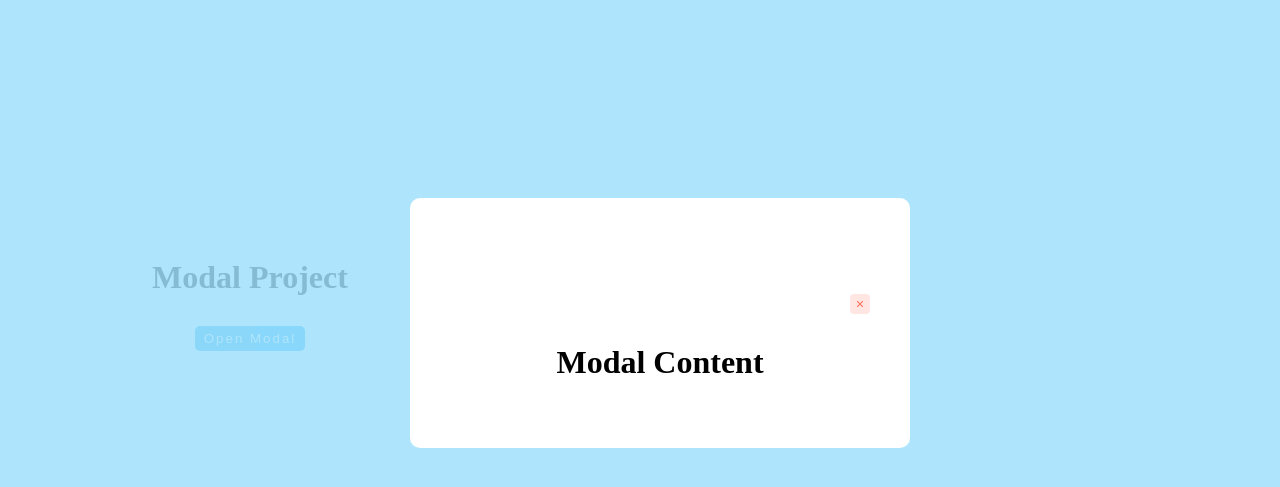
Repository: Trapti10/20-js-practice-projects-in-7-days-challenge
Page: Project_4_Modal_Project/index.html
An editor plug-in stored every save of this project. The page is shown before and after a run of saves, followed by the edit.
The browser window is 1280 px wide. The pictures show the whole page.

Above is the page before, as saved 2025-11-24 13:54:39.

After the next 3 saves:
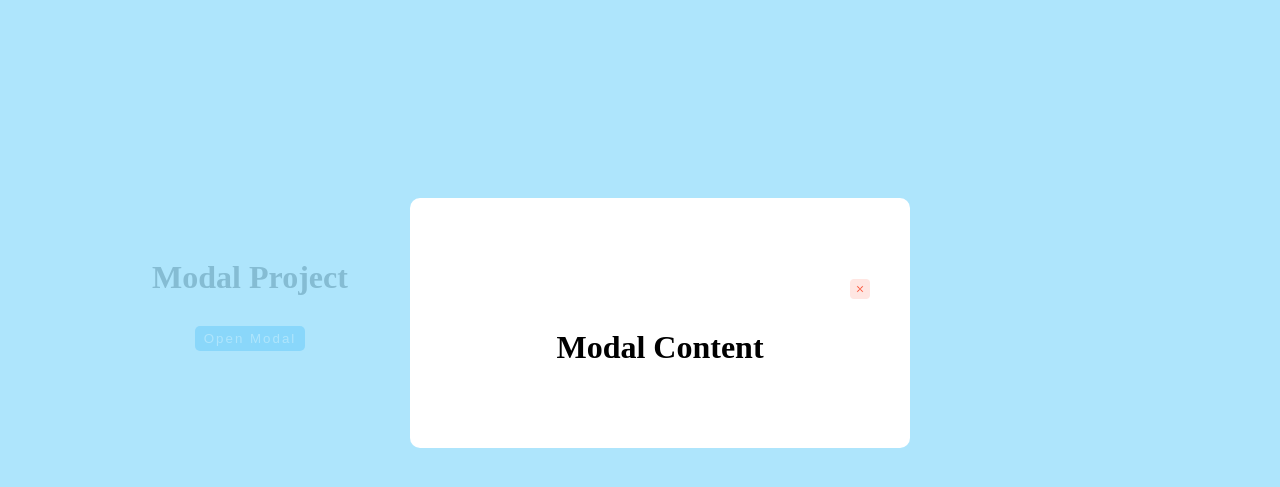
The 3 saves are shown as one change because they came seconds apart.
The last was saved 8 s later.
--- a/Project_4_Modal_Project/index.html
+++ b/Project_4_Modal_Project/index.html
@@ -26,6 +26,7 @@
             <div class="modalContent">
                 <h1>Modal Content</h1>
             </div>
+            <footer></footer>
         </div>
        </div>
     <script src="script.js"></script>
